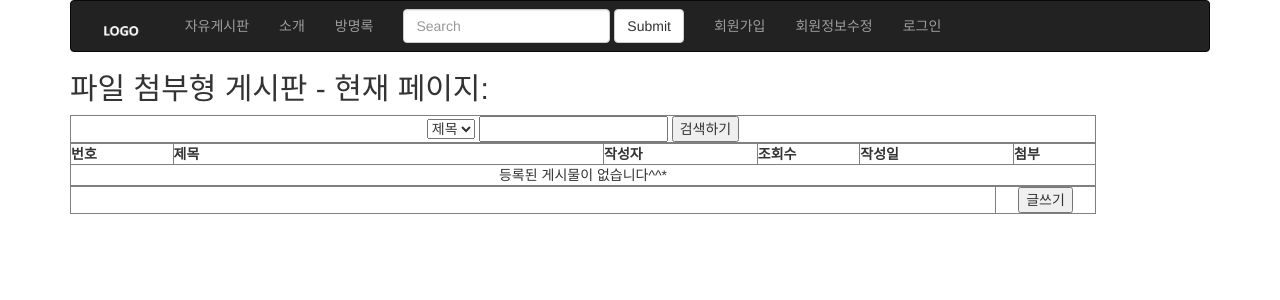
Repository: bhj305/JSP_Bulletin_Board
Page: http://localhost/BulletinBoard/14MVCBoard/List.jsp
The author's editor kept a copy of each file at every save. The page is drawn from the files as they stood at one save, then again after the next save.
The browser window is 1280 px wide. The pictures show the whole page.
The page is served by Tomcat 10. The template is opened directly, without the code that normally fills it, so the values that code supplies are empty.

Above is the page before, as saved 2025-05-17 03:43:20.

After the next save:
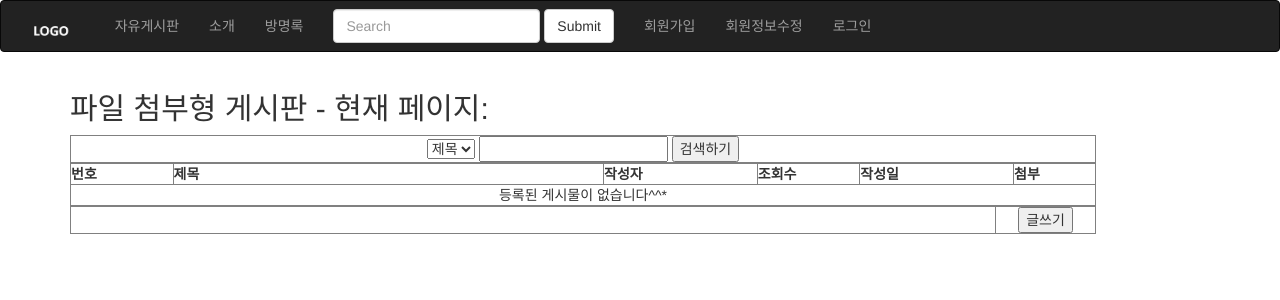
Saved 18 s later.
--- a/BulletinBoard/src/main/webapp/14MVCBoard/List.jsp
+++ b/BulletinBoard/src/main/webapp/14MVCBoard/List.jsp
@@ -10,9 +10,9 @@
 		<style> a{text-decoration: none;}</style>
 	</head>
 	<body>
-		<div class="container">
 
 		<jsp:include page="../Common/Link.jsp"></jsp:include>
+		<div class="container">
 		<h2>파일 첨부형 게시판 - 현재 페이지: ${ map.pageNum }</h2>
 		<form method="get">  <!-- 액션 값을 정하지 않았으므로 현재페이지로 전송됨. -->
 	    <table border="1" width="90%">
